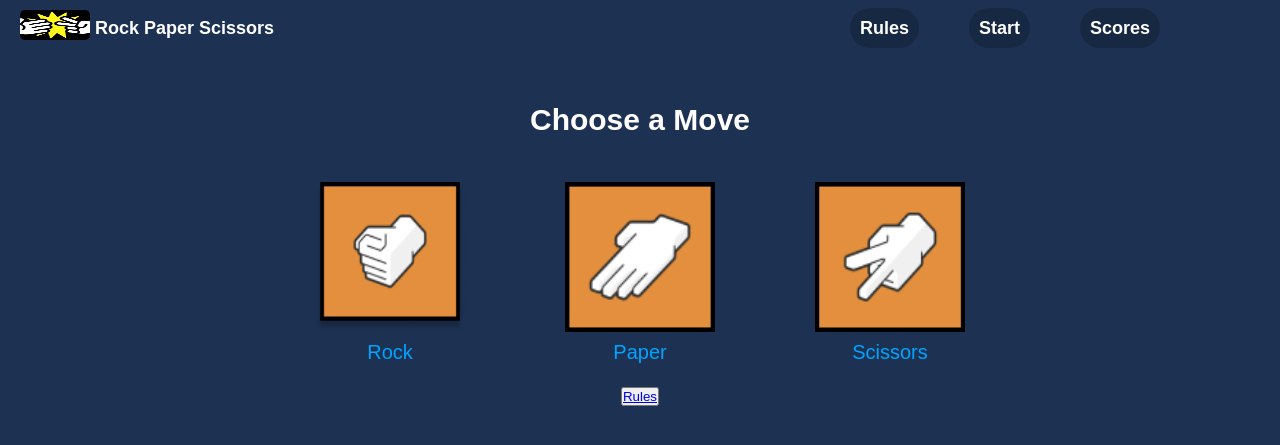
Repository: MikkyPrestige/rock-paper-scissors
Page: game.html
The author's editor kept a copy of each file at every save. The page is drawn from the files as they stood at one save, then again after the next save.
The browser window is 1280 px wide. The pictures show the whole page.

Above is the page before, as saved 2023-05-08 06:45:54.

### game.html
<!DOCTYPE html>
<html lang="en">

<head>
  <meta charset="UTF-8">
  <meta http-equiv="X-UA-Compatible" content="IE=edge">
  <meta name="viewport" content="width=device-width, initial-scale=1.0">
  <title>Rock, Paper, Scissors</title>
  <link rel="stylesheet" href="./index.css">
</head>

<body>
  <main>
    <header>
      <figure class="headerLogo">
        <a href="/">
          <img src="./img/logo.png" alt="Logo" class="logo">
        </a>
        <figcaption class="logoCaption">Rock Paper Scissors</figcaption>
      </figure>
      <nav>
        <ul>
          <li><a href="#rule">Rules</a></li>
          <li><a href="./game.html">Start</a></li>
          <li><a href="#">Scores</a></li>
        </ul>
      </nav>
    </header>
    <section class="game">
      <h1 class="game--title">Choose a Move</h1>
      <figure class="game--images">
        <div class="game--img">
          <img src="./img/rock.png" alt="Rock image">
          <figcaption class="game--caption">Rock</figcaption>
        </div>
        <div class="game--img">
          <img src="./img/paper.png" alt="paper image">
          <figcaption class="game--caption">Paper</figcaption>
        </div>
        <div class="game--img">
          <img src="./img/scissors.png" alt="scissors image">
          <figcaption class="game--caption">Scissors</figcaption>
        </div>
      </figure>
      <button class="rule-btn">
        <a href="./index.html#rule">Rules</a>
      </button>
    </section>
  </main>
</body>

</html>

### index.css
*,
*::after,
*::before {
  box-sizing: border-box;
  margin: 0;
  padding: 0;
}

html {
  font-size: 62.5%;
}

body {
  font-family: "Fira Sans", sans-serif;
  font-size: 1.6rem;
  line-height: 1.5;
  background: rgba(29, 50, 83, 1);
  color: rgba(255, 255, 255, 1);
  width: 100%;
  height: 100%;
}

main {
  display: flex;
  flex-direction: column;
  justify-content: center;
  align-items: center;
  gap: 2rem;
  height: 100%;
  width: 100%;
}

header {
  display: flex;
  justify-content: space-between;
  align-items: center;
  padding: 1rem 2rem;
  width: 100%;
  height: auto;
}

.headerLogo {
  display: flex;
  align-items: center;
  gap: .5rem;
  height: auto;
}

.logo {
  width: 7rem;
  height: 3rem;
  border-radius: .5rem;
  -webkit-border-radius: .5rem;
  -moz-border-radius: .5rem;
  -ms-border-radius: .5rem;
  -o-border-radius: .5rem;
}

.logoCaption {
  font-size: 1.8rem;
  font-weight: 600;
  color: rgba(255, 255, 255, 1);
}

nav {
  height: auto;
  margin-right: 10rem;
}

ul {
  display: flex;
  justify-content: center;
  align-items: center;
  gap: 5rem;
  list-style: none;
}

li a {
  font-size: 1.8rem;
  font-weight: 600;
  color: rgba(255, 255, 255, 1);
  background: linear-gradient(0deg, rgba(0, 0, 0, 0.2), rgba(0, 0, 0, 0.2)), #1D3253;
  text-decoration: none;
  padding: 1rem;
  border-radius: 2rem;
}

li a:hover {
  background: rgba(255, 255, 255, 1);
  color: rgba(29, 50, 83, 1);
  text-decoration: underline;
}

.home {
  display: flex;
  justify-content: center;
  align-items: center;
  width: 100%;
  height: 70vh;
}

.images {
  position: relative;
  height: 100%;
  flex-basis: 30%;
}

.img {
  background: rgba(253, 253, 253, 0.9);
  border-radius: 50%;
  -webkit-border-radius: 50%;
  -moz-border-radius: 50%;
  -ms-border-radius: 50%;
  -o-border-radius: 50%;
  width: 15rem;
  height: 15rem;
}

.rock {
  position: absolute;
  top: 5rem;
  left: 0rem;
}

.paper {
  position: absolute;
  top: 5rem;
  right: 5rem;
}

.scissors {
  position: absolute;
  bottom: 5rem;
  left: 8rem;
}

.content {
  display: flex;
  flex-direction: column;
  justify-content: center;
  align-items: center;
  gap: 2rem;
}

.content--title {
  font-size: 3.6rem;
  font-weight: 600;
  width: 70%;
  text-transform: uppercase;
}

.content-rock {
  color: rgba(195, 183, 183, 1);
}

.content-scissors {
  color: rgba(233, 35, 35, 1);
}

.content--text {
  font-size: 2.5rem;
  font-weight: 400;
  width: 70%;
}

.fun {
  color: rgba(233, 35, 35, 1);
}

.btn {
  width: 13rem;
  height: 5rem;
  background: #2C7AF0;
  border-radius: 1rem;
  -webkit-border-radius: 1rem;
  -moz-border-radius: 1rem;
  -ms-border-radius: 1rem;
  -o-border-radius: 1rem;
  border: none;
  margin-top: 5rem;
  transition: all .3s ease-in-out;
  -webkit-transition: all .3s ease-in-out;
  -moz-transition: all .3s ease-in-out;
  -ms-transition: all .3s ease-in-out;
  -o-transition: all .3s ease-in-out;
}

.btn a {
  text-decoration: none;
  font-size: 2rem;
  color: rgba(255, 255, 255, 1);
  cursor: pointer;
}

.btn a:hover {
  color: rgba(44, 122, 240, 1);
}

.btn:hover {
  background: rgba(255, 255, 255, .7);
}

.rule {
  width: 100%;
  height: 100%;
  background: #D0CEC9;
}

.rule--container {
  display: flex;
  flex-direction: column;
  justify-content: center;
  align-items: center;
  gap: 1rem;
  margin: 2rem;
}

.rule--title {
  font-size: 3rem;
  font-weight: 600;
  color: #000;
}

.rule--content {
  display: flex;
  justify-content: space-around;
  align-items: center;
}

.rule--img {
  width: 35rem;
  height: 35rem;
}

.rule--para {
  background: #C4C4C4;
  width: 50%;
  text-align: center;
  padding: 2rem 5rem;
  border-radius: 3rem;
  -webkit-border-radius: 3rem;
  -moz-border-radius: 3rem;
  -ms-border-radius: 3rem;
  -o-border-radius: 3rem;
  display: flex;
  flex-direction: column;
  justify-content: center;
  align-items: center;
  gap: 1rem;
}

.rule--text {
  color: rgba(0, 163, 255, 1);
}

.game {
  display: flex;
  flex-direction: column;
  justify-content: center;
  align-items: center;
  gap: 2rem;
  width: 100%;
  height: 100%;
}

.game--title {
  font-size: 3rem;
  font-weight: 600;
  margin: 2rem;
}

.game--images {
  display: flex;
  justify-content: center;
  align-items: center;
  gap: 10rem;
  width: 100%;
}

.game--img {
  display: flex;
  flex-direction: column;
  justify-content: center;
  align-items: center;
  gap: .5rem;
}

.game--img img {
  width: 15rem;
  height: 15rem;
}

.game--caption {
  font-size: 2rem;
  color: rgba(0, 163, 255, 1);
}

footer {
  margin: 1rem auto;
}

.footer--text {
  font-family: "Inter";
}

.footer--link {
  color: rgba(44, 122, 240, 1);
  text-decoration: none;
}

After the next save:
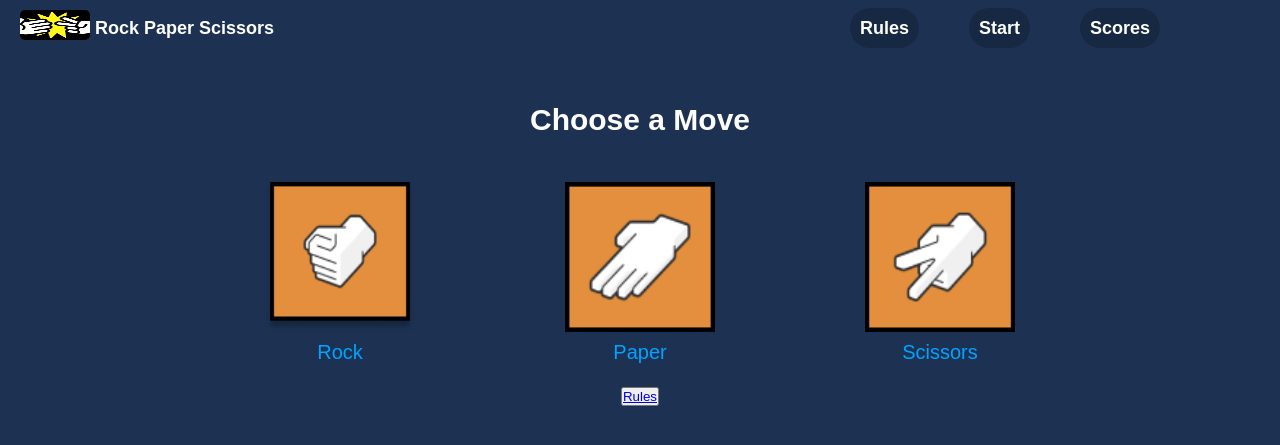
Saved 6 s later.
--- a/index.css
+++ b/index.css
@@ -273,7 +273,7 @@ li a:hover {
   display: flex;
   justify-content: center;
   align-items: center;
-  gap: 10rem;
+  gap: 15rem;
   width: 100%;
 }
 
